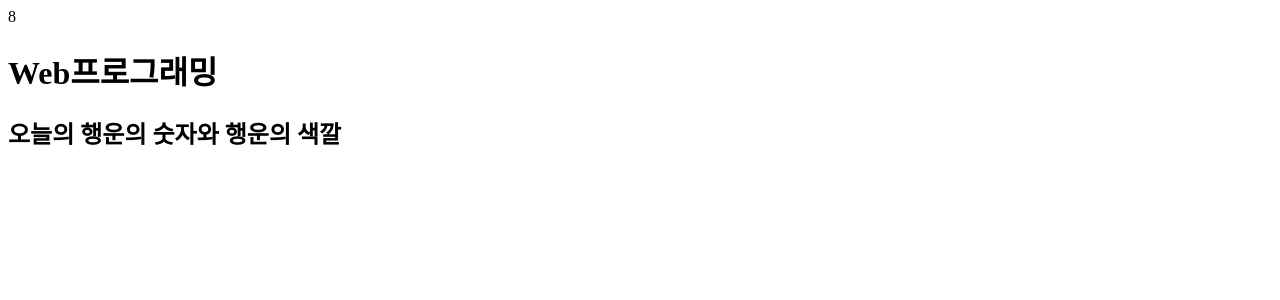
Repository: mickey530/jsp_practice
Page: http://localhost/JSPBasic/JspTag/TagQ01.jsp
The author's editor kept a copy of each file at every save. The page is drawn from the files as they stood at one save, then again after the next save.
The browser window is 1280 px wide. The pictures show the whole page.
The page is served by Tomcat 9.

Above is the page before, as saved 2022-01-28 05:20:04.

After the next save:
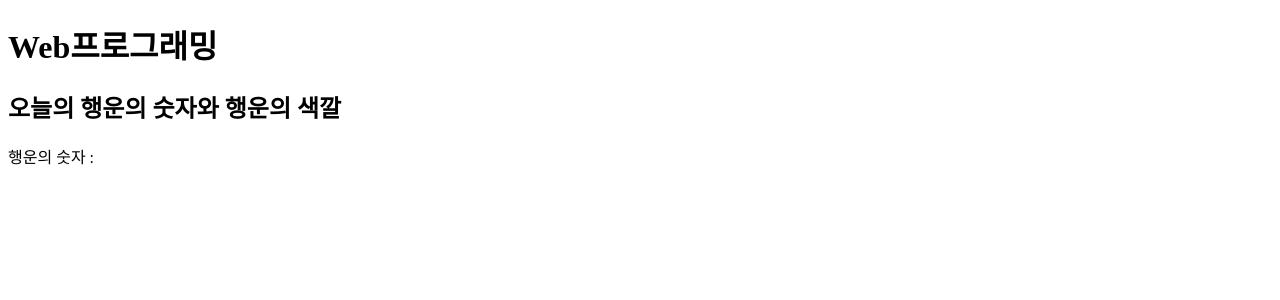
Saved 2 min 17 s later.
--- a/JSPBasic/src/main/webapp/JspTag/TagQ01.jsp
+++ b/JSPBasic/src/main/webapp/JspTag/TagQ01.jsp
@@ -18,11 +18,11 @@
 %>
 
 <%
-	out.println(randomNumber());
 %>
 <h1>Web프로그래밍</h1>
 
 <h2>오늘의 행운의 숫자와 행운의 색깔</h2>
-<%  %>
+행운의 숫자 : <%randomNumber(); %>
+
 </body>
 </html>
